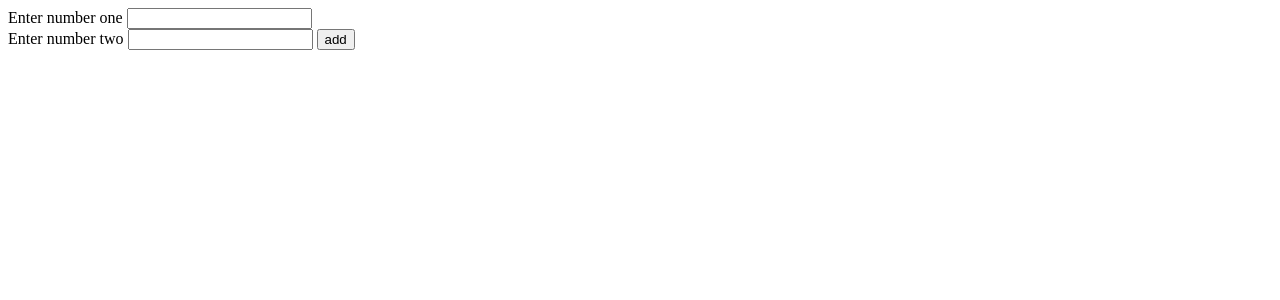
Repository: pauljinn/Java-Course
Page: http://localhost/SpringMVC/
An editor plug-in stored every save of this project. The page is shown before and after the next save, followed by the edit.
The browser window is 1280 px wide. The pictures show the whole page.
The page is served by Tomcat 10. Other server files are loaded and not shown.

Above is the page before, as saved 2025-02-27 23:10:53.

### SpringMVC/src/main/webapp/index.jsp
<%@ page language="java" contentType="text/html; charset=UTF-8"
	pageEncoding="UTF-8"%>
<!DOCTYPE html>
<html>
<head>
<meta charset="UTF-8">
<title>Insert title here</title>
</head>
<body>
	<form action="add">
		<label for="numOne">Enter number one</label>
		<input type="number" name="numOne" /> <br />
		<label for="numTwo">Enter number two</label>
		<input type="number"
			name="numTwo" /> <input type="submit" value="add" />
	</form>
</body>
</html>

After the next save:
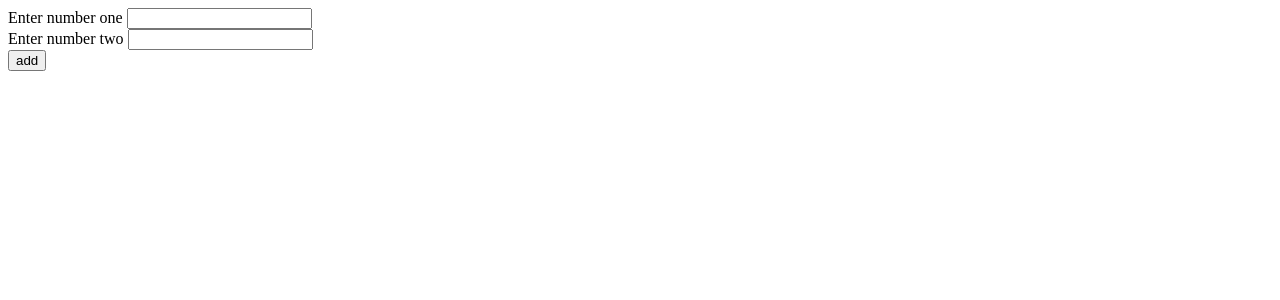
Saved 21 s later.
--- a/SpringMVC/src/main/webapp/index.jsp
+++ b/SpringMVC/src/main/webapp/index.jsp
@@ -12,7 +12,9 @@
 		<input type="number" name="numOne" /> <br />
 		<label for="numTwo">Enter number two</label>
 		<input type="number"
-			name="numTwo" /> <input type="submit" value="add" />
+			name="numTwo" />
+			<br/>
+			 <input type="submit" value="add" />
 	</form>
 </body>
 </html>
